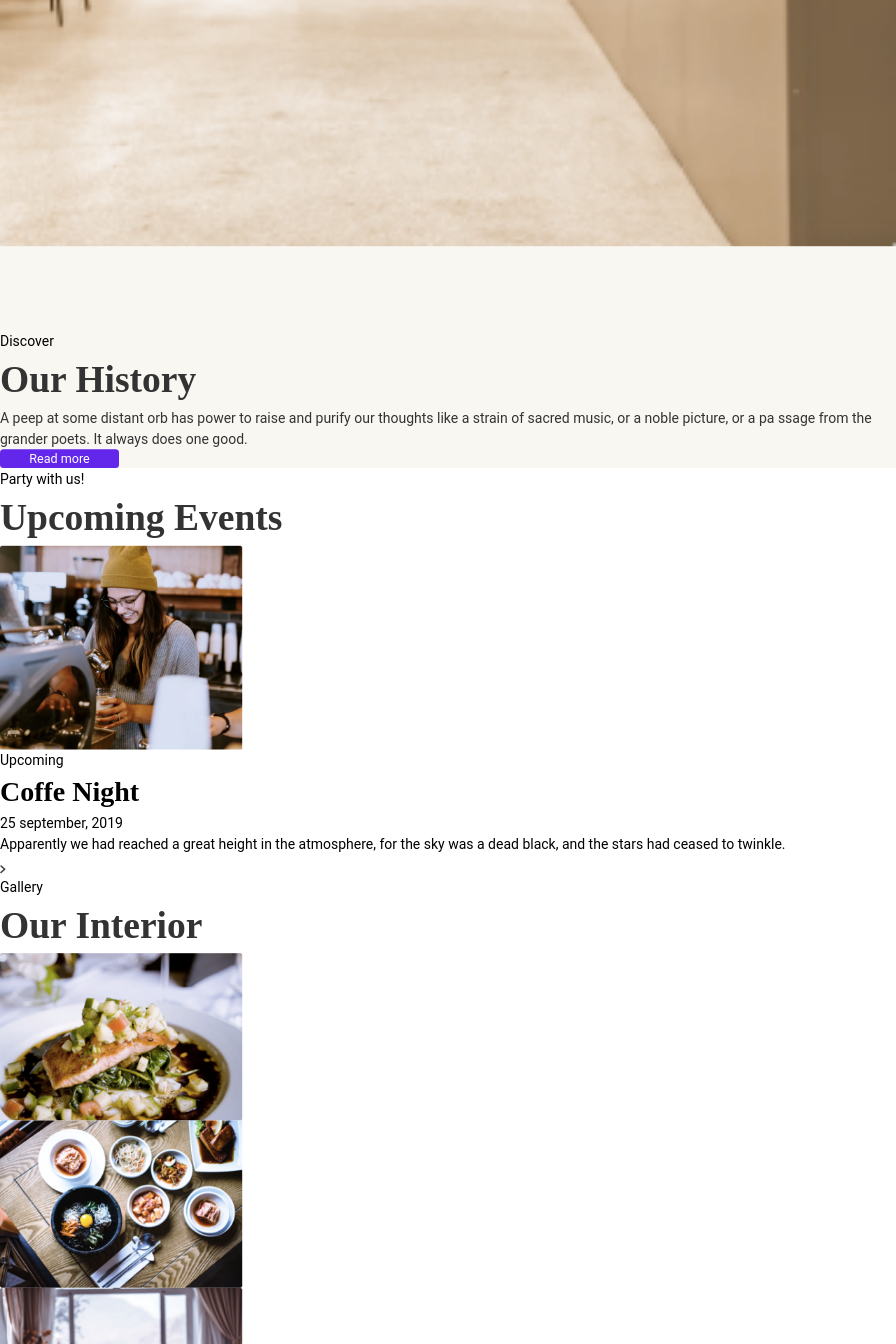
Repository: murilopellis-12/Tailwind-Prova
Page: index.html
An editor plug-in stored every save of this project. The page is shown before and after a run of saves, followed by the edit.
The browser window is 1280 px wide. The pictures show the part of the page from y = 1924 to 3844 px (the page is 5953 px tall), at 70% of full size.

Above is the page before, as saved 2026-10-26 21:28:26.
Not found: style.css

### index.html
<!doctype html>
<html lang="pt-BR">
  <head>
    <meta charset="UTF-8" />
    <meta name="viewport" content="width=device-width, initial-scale=1.0" />
    <title>PROVA FRONT-END</title>
    <script src="https://cdn.jsdelivr.net/npm/@tailwindcss/browser@4"></script>
    <style type="text/tailwindcss">
      @theme {
        --espaco-pequeno: clamp(
          1.5rem,
          calc(-2.725rem + 11.268vw),
          13.5rem
        ); /* min: 15px, max: 135px */
        --padding-topo: clamp(8rem, calc(5.183rem + 7.512vw), 16rem);

        /*Cores*/
        --cor-primaria: #333;
        --cor-secundaria: #f9f7f2;
        --cor-terciaria: #fff;
        --complementar-roxo: #6327eb;
        --borda-menu: rgba(255, 255, 255, 0.3);
        --paragrafos-claros: rgba(51, 51, 51, 0.5);
        --borda-formulario: #dadada;
      }

      html {
        font-size: 62.5%;
      }

      * {
        margin: 0;
        padding: 0;
        box-sizing: border-box;
      }

      h1 {
        font-size: clamp(
          5.6rem,
          calc(5.037rem + 1.502vw),
          7.2rem
        ); /* min: 56px, max: 72px */
        color: var(--cor-terciaria);
        font-weight: bold;
        font-family: "PT Serif";
      }

      h2 {
        font-size: clamp(
          4rem,
          calc(3.437rem + 1.502vw),
          5.6rem
        ); /* min: 40px, max: 56px */
        font-family: "PT Serif";
        font-weight: bold;
        color: var(--cor-primaria);
      }

      h3 {
        font-size: 4rem;
        font-family: "PT Serif";
        font-weight: bold;
      }

      p {
        font-family: "Roboto";
        font-size: 2rem;
      }

      button {
        font-family: "Roboto";
        color: var(--cor-terciaria);
        font-weight: normal;
        border-radius: 5px;
      }
    </style>
    <link rel="stylesheet" href="style.css" />
  </head>

  <body>
    <header
      class="header-principal bg-[linear-gradient(rgba(51,51,51,0.9),_rgba(51,51,51,0.9)),_url('img/imagem-fundo.png')] bg-cover bg-center w-[100%] h-auto p-[1.6rem_var(--espaco-pequeno)_clamp(5rem,calc(3.592rem+3.756vw),9rem)_var(--espaco-pequeno)] flex flex-col gap-[clamp(4.3rem,calc(2.645rem+4.413vw),9rem)]"
    >
      <div class="conteudo-header flex justify-between w-[100%] items-center">
        <div>
          <a
            aria-label="redireciona para o início"
            id="ancora-header"
            href="#"
            class="text-[4rem] no-underline text-[var(--cor-terciaria)] font-bold"
            >REST</a
          >
        </div>
        <div class="menu-hamburguer-div">
          <button
            id="botao-menu-hamburguer"
            class="w-[4.8rem] h-[4.8rem] rounded-[50%] border border-solid border-[var(--borda-menu)] bg-transparent"
          >
            <img
              src="img/menu-hamburguer.png"
              alt="menu hamburguer do header"
            />
          </button>
        </div>
        <nav class="navegacao-header-desktop hidden">
          <ul class="flex flex-row gap-[3.2rem] justify-evenly">
            <li
              class="list-none text-[2rem] font-light text-[var(--cor-terciaria)] no-underline"
            >
              <a
                class="list-none text-[2rem] font-light text-[var(--cor-terciaria)] no-underline"
                aria-label="abre Sobre"
                href=""
                >About Us</a
              >
            </li>
            <li
              class="list-none text-[2rem] font-light text-[var(--cor-terciaria)] no-underline"
            >
              <a
                class="list-none text-[2rem] font-light text-[var(--cor-terciaria)] no-underline"
                aria-label="abre Menu"
                href=""
                >Menu</a
              >
            </li>
            <li
              class="list-none text-[2rem] font-light text-[var(--cor-terciaria)] no-underline"
            >
              <a
                class="list-none text-[2rem] font-light text-[var(--cor-terciaria)] no-underline"
                aria-label="abre Eventos"
                href=""
                >Events</a
              >
            </li>
            <li
              class="list-none text-[2rem] font-light text-[var(--cor-terciaria)] no-underline"
            >
              <a
                class="list-none text-[2rem] font-light text-[var(--cor-terciaria)] no-underline"
                aria-label="abre Notícias"
                href=""
                >News</a
              >
            </li>
            <li
              class="list-none text-[2rem] font-light text-[var(--cor-terciaria)] no-underline"
            >
              <a
                class="list-none text-[2rem] font-light text-[var(--cor-terciaria)] no-underline"
                aria-label="abre contatos"
                href=""
                >Contact</a
              >
            </li>
          </ul>
        </nav>
        <div class="desktop-div-redes-sociais hidden">
          <nav class="navegacao-redes-sociais-header flex gap-[0.8rem]">
            <a
              aria-label="abre Facebook"
              class="circulos-navegacao w-[4.8rem] h-[4.8rem] rounded-[50%] border border-solid border-[var(--borda-menu)] flex justify-center items-center"
              href=""
              ><img src="img/facebook.png" alt="logo do Facebook"
            /></a>
            <a aria-label="abre Twitter" class="circulos-navegacao" href=""
              ><img
                class="logo-twitter-ancora"
                src="img/twitter.png"
                alt="logo do Twitter"
            /></a>
            <a aria-label="abre Instagram" class="circulos-navegacao" href=""
              ><img src="img/instagram.png" alt="logo do Instagram"
            /></a>
          </nav>
        </div>
      </div>
      <div
        class="div-agrupar-conteudo-hero flex flex-col gap-[clamp(3.6rem,calc(1.982rem+4.314vw),6.4rem)]"
      >
        <div
          class="conteudo-hero h-auto flex flex-col justify-center gap-[4rem]"
        >
          <h1 id="h1-pagina-principal">Welcome to our restaurant</h1>
          <p
            id="horario-funcionamento-hero"
            class="text-[2.4rem] font-light text-[var(--cor-terciaria)]"
          >
            Everyday 8:00 am - 23:00 pm
          </p>
          <div
            class="botoes-hero grid grid-cols-[1fr_1fr] gap-[clamp(0.6rem,calc(-0.245rem+2.254vw),3rem)] h-auto w-[100%] max-w-[345px]"
          >
            <button
              aria-label="abre a reserva de mesa"
              class="botoes-hero-class p-[1.2rem_0] text-[var(--cor-terciaria)] text-[1.8rem] max-w-[170px] border-0 bg-[var(--complementar-roxo)]"
              id="botao-livro-mesa"
            >
              Book a table
            </button>
            <button
              aria-label="abre o menu"
              class="botoes-hero-class p-[1.2rem_0] text-[var(--cor-terciaria)] text-[1.8rem] max-w-[170px] border-0 bg-[var(--complementar-roxo)] border border-solid border-[var(--borda-menu)]"
              id="botao-ver-menu"
            >
              See menu
            </button>
          </div>
        </div>
        <div class="div-imagem-hero w-auto h-auto flex justify-center">
          <img
            class="w-[100%] max-w-[570px] h-auto"
            id="imagem-sopa-hero"
            src="img/sopa.png"
            alt="imagem de uma sopa"
          />
        </div>
      </div>
    </header>
    <main>
      <section
        class="secao-nossa-historia p-[clamp(8rem,calc(5.183rem+7.512vw),16rem)_var(--espaco-pequeno)] bg-[var(--cor-secundaria)]"
      >
        <div
          class="conteudo-nossa-historia flex flex-col gap-[clamp(6.3rem,calc(3.941rem+6.291vw),13rem)]"
        >
          <div class="div-imagem-nossa-historia">
            <img
              src="img/nossa-historia-imagem.png"
              alt="imagem de uma cozinha"
              class="w-[100%] h-auto p-[0_3rem] object-cover"
            />
          </div>
          <div class="nossa-historia-texto flex flex-col justify-center">
            <p
              class="categorias-site text-[2.4rem] text-light"
              id="categoria-descobrir"
            >
              Discover
            </p>
            <h2 id="nossa-historia-h2" class="m-[0_0_1.2rem_0]">Our History</h2>
            <p class="paragrafos-site text-[var(--cor-primaria)] text-light">
              A peep at some distant orb has power to raise and purify our
              thoughts like a strain of sacred music, or a noble picture, or a
              pa ssage from the grander poets. It always does one good.
            </p>
            <div class="div-botao-ler-mais w-[50%]">
              <button
                aria-label="abre o Ler Mais"
                id="botao-ler-mais-historia"
                class="w-[100%] max-w-[170px] p-[1.2rem_0] border-0 bg-[var(--complementar-roxo)] text-[1.8rem] mt-[clamp(2.3rem,calc(2.159rem+0.376vw),2.7rem)]">
                Read more
              </button>
            </div>
          </div>
        </div>
      </section>
      <section class="secao-eventos-futuros ">
        <div class="titulos-secao-eventos-futuros">
          <p id="paragrafo-titulo-eventos-futuros">Party with us!</p>
          <h2 id="h2-titulo-eventos-futuros">Upcoming Events</h2>
        </div>
        <div class="forma-eventos-futuros">
          <div class="imagem-evento-futuro">
            <img
              id="imagem-mulher-fazendo-cafe"
              src="img/mulher-fazendo-cafe.png"
              alt="mulher fazendo café em uma máquina"
            />
          </div>
          <div class="conteudo-escrito-eventos">
            <p class="categorias-site" id="categoria-futuro">Upcoming</p>
            <h3>Coffe Night</h3>
            <p id="data-eventos-futuros">25 september, 2019</p>
            <p class="paragrafos-site">
              Apparently we had reached a great height in the atmosphere, for
              the sky was a dead black, and the stars had ceased to twinkle.
            </p>
            <div class="div-botao-ler-mais">
              <button
                aria-label="redireciona a reserva de mesa"
                id="botao-reservar-mesa"
              >
                Book a table
              </button>
            </div>
          </div>
          <div class="proxima-pagina">
            <button id="seta-proxima-pagina">
              <img
                src="img/flecha-proxima.png"
                alt="ícone de flecha que guia para outra página"
              />
            </button>
          </div>
        </div>
      </section>
      <section class="secao-galeria-fotos">
        <div class="titulos-secao-galeria-fotos">
          <p id="paragrafo-titulo-galeria">Gallery</p>
          <h2 id="h2-titulo-galeria">Our Interior</h2>
        </div>
        <div class="imagens-galeria">
          <img
            class="imagens-da-galeria"
            src="img/galeria/salmao.png"
            alt="prato com temperos e salmão"
          />
          <img
            class="imagens-da-galeria"
            src="img/galeria/pratos.png"
            alt="pratos preparados com diversos alimentos"
          />
          <img
            class="imagens-da-galeria"
            src="img/galeria/mesas-cadeiras.png"
            alt="mesas preparadas com diversas cadeiras"
          />
          <img
            class="imagens-da-galeria"
            src="img/galeria/mesa-individual.png"
            alt="uma unidade de mesa com lugar para 4 pessoas"
          />
          <img
            class="imagens-da-galeria"
            src="img/galeria/mesa-com-garcom.png"
            alt="mesas e cadeiras sendo organizados por uma garçom"
          />
          <img
            class="imagens-da-galeria"
            src="img/galeria/mesa-preparada.png"
            alt="mesa com talheres e guardanapos postos e preparados"
          />
        </div>
      </section>
      <section class="secao-sobre-nos">
        <div class="titulos-secao-sobre-nos">
          <p class="categorias-site" id="paragrafo-titulo-sobre-nos">Press</p>
          <h2 id="h2-titulo-sobre-nos">About Us</h2>
        </div>
        <div class="cartoes-conjunto">
          <div class="cartoes-autoras" id="autora-york-times">
            <img
              class="logo-titulo"
              src="img/the-new-york-logo.png"
              alt="logo do The New York Times"
            />
            <p class="citacao-autora">
              "Apparently we had reached a great height in the atmosphere, for
              the sky was a dead black, and the stars had ceased to twinkle. By
              the same illusion which lifts the horizon of the sea to the
              level."
            </p>
            <p class="nome-autora-rodape">The New York Times</p>
          </div>
          <div class="cartoes-autoras" id="autora-the-guardian">
            <img
              class="logo-titulo"
              src="img/the-guardian-logo.png"
              alt="logo do The Guardian"
            />
            <p class="citacao-autora">
              "Apparently we had reached a great height in the atmosphere, for
              the sky was a dead black, and the stars had ceased to twinkle. By
              the same illusion which lifts the horizon of the sea to the
              level."
            </p>
            <p class="nome-autora-rodape">The Guardian</p>
          </div>
          <div class="cartoes-autoras" id="autora-wall-street">
            <img
              class="logo-titulo"
              src="img/wall-street-jornal-logo.png"
              alt="logo do Wall Street Jornal"
            />
            <p class="citacao-autora">
              "Apparently we had reached a great height in the atmosphere, for
              the sky was a dead black, and the stars had ceased to twinkle. By
              the same illusion which lifts the horizon of the sea to the
              level."
            </p>
            <p class="nome-autora-rodape">The Wall Street Jornal</p>
          </div>
        </div>
      </section>
      <section class="secao-reservar-mesa">
        <div class="area-reserva-mesa">
          <div>
            <p class="categorias-site" id="paragrafo-titulo-reserva">Reserve</p>
            <h2 id="h2-titulo-reserva-mesa">A Table</h2>
          </div>
          <form action="#" class="formulario-reserva-mesa">
            <div
              class="campos-preencher-formulario-reserva"
              id="formulario-campo-data"
            >
              <label for="data">DATE</label>
              <input
                type="text"
                id="data"
                name="data"
                placeholder="9/26/2019"
              />
            </div>
            <div
              class="campos-preencher-formulario-reserva"
              id="formulario-campo-tempo"
            >
              <label for="hora">TIME</label>
              <input type="text" name="hora" id="hora" placeholder="7:00 pm" />
            </div>
            <div
              class="campos-preencher-formulario-reserva"
              id="formulario-campo-visitantes"
            >
              <label for="numero-pessoas">GUESTS</label>
              <input
                type="number"
                name="numero-pessoas"
                id="numero-pessoas"
                placeholder="2 people"
              />
            </div>
            <div id="formulario-campo-envio">
              <button
                aria-label="redireciona para reserva de mesa"
                id="botao-envio-reserva"
                type="submit"
              >
                Find a table
              </button>
            </div>
          </form>
        </div>
        <div class="div-imagem-secao-reserva">
          <img src="img/mesa-organizada.png" alt="mesa organizada" />
        </div>
      </section>
    </main>
    <footer class="footer-principal">
      <div>
        <h3 id="h3-rodape-pagina">REST</h3>
      </div>
      <nav class="navegacao-rodape">
        <ul>
          <li>About Us</li>
          <li>Menu</li>
          <li>Events</li>
          <li>News</li>
          <li>Contact</li>
        </ul>
      </nav>
      <nav class="redes-sociais-rodape-botoes">
        <a aria-label="abre Facebook" class="circulos-navegacao" href=""
          ><img src="img/facebook.png" alt="logo do Facebook"
        /></a>
        <a aria-label="abre Twitter" class="circulos-navegacao" href=""
          ><img
            class="logo-twitter-ancora"
            src="img/twitter.png"
            alt="logo do Twitter"
        /></a>
        <a aria-label="abre Instagram" class="circulos-navegacao" href=""
          ><img src="img/instagram.png" alt="logo do Instagram"
        /></a>
      </nav>
      <div class="direitos-reservados-rodape">
        <p id="paragrafo-direitos-reservados">
          2019 Restaurant. All Rights Reserved.
        </p>
      </div>
    </footer>
  </body>
</html>

After the next 8 saves:
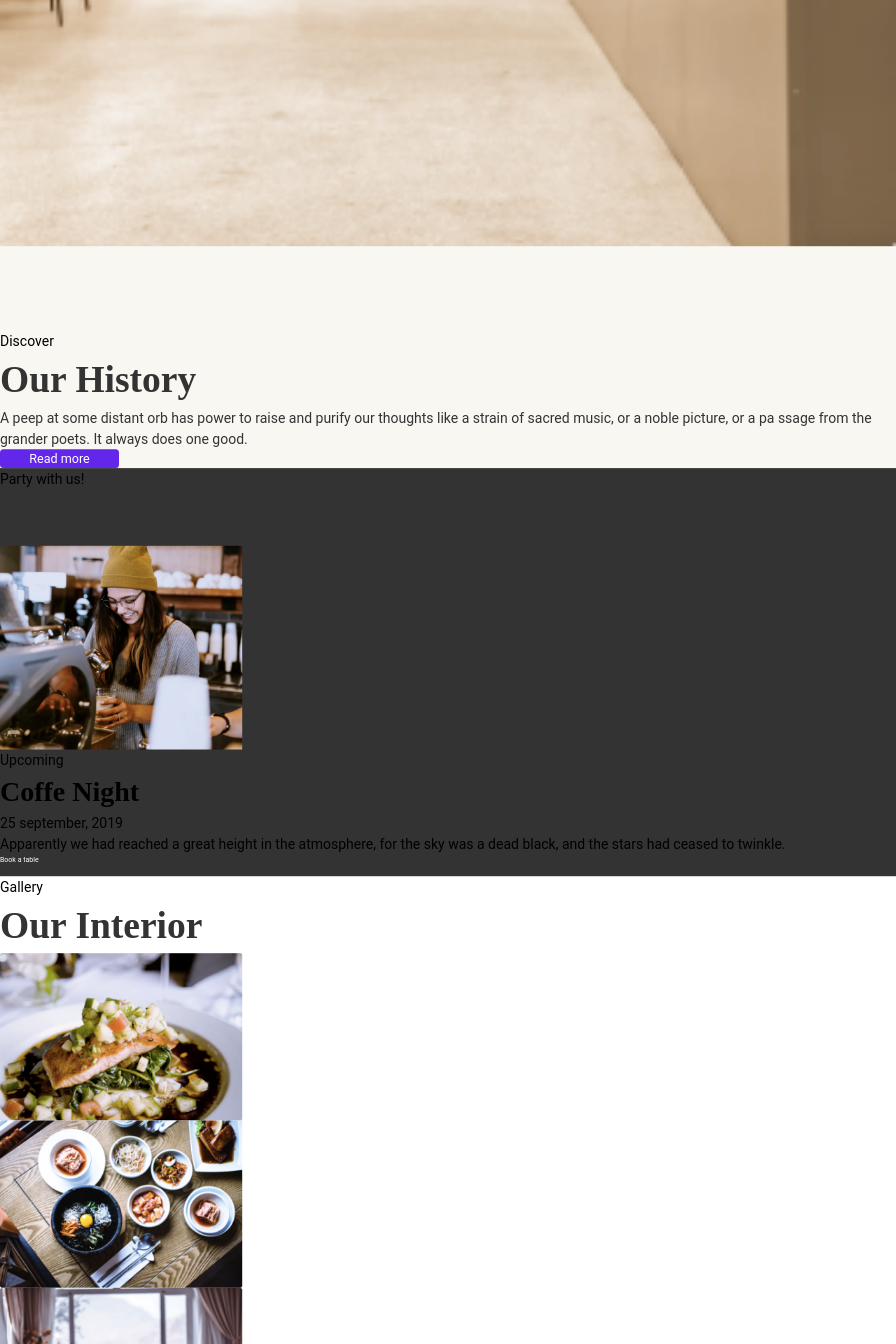
The 8 saves are shown as one change because they came seconds apart.
The last was saved 20 s later.
--- a/index.html
+++ b/index.html
@@ -256,7 +256,7 @@
           </div>
         </div>
       </section>
-      <section class="secao-eventos-futuros ">
+      <section class="secao-eventos-futuros bg-[var(--cor-primaria)] p-[var(--padding-topo)]">
         <div class="titulos-secao-eventos-futuros">
           <p id="paragrafo-titulo-eventos-futuros">Party with us!</p>
           <h2 id="h2-titulo-eventos-futuros">Upcoming Events</h2>
